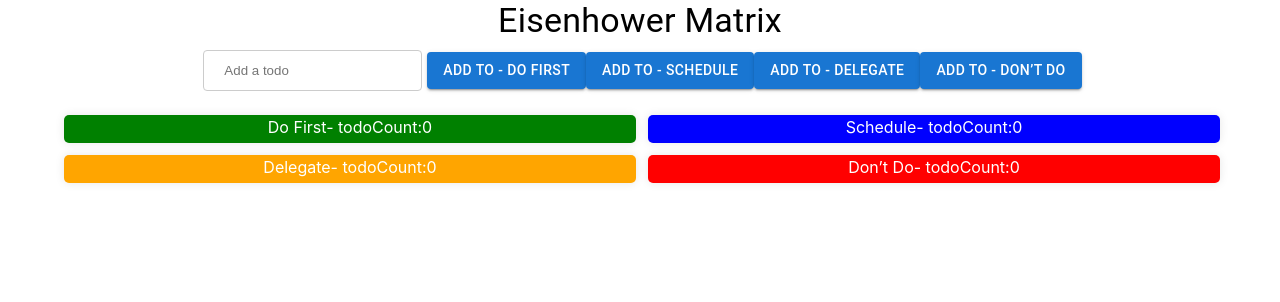
Repository: GokulDev4U/Krixi_react_assignment
Page: /
These files come from the project's save history. The page is drawn as it stood at one moment and after the next save; the edit follows.
The browser window is 1280 px wide. The pictures show the whole page.
The project was rebuilt for these pictures with package versions that can differ from the ones it lists, and the page was loaded fresh each time.

Above is the page before, as saved 2022-04-05 13:56:45.

After the next save:
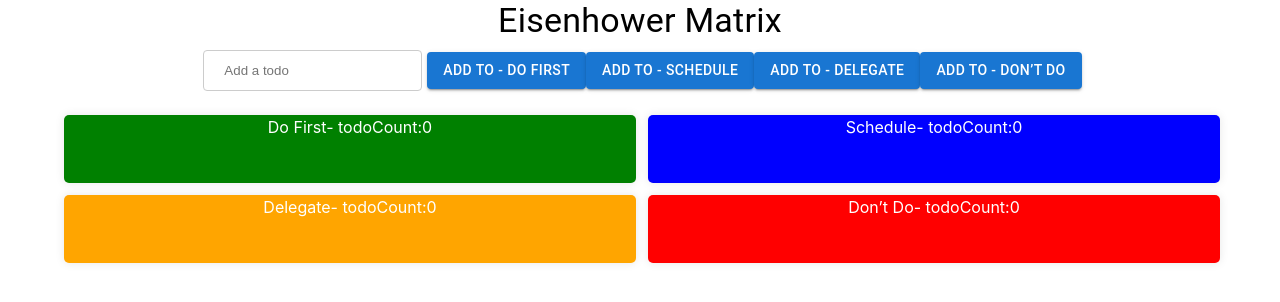
Saved 4 s later.
--- a/src/Components/card/Card.css
+++ b/src/Components/card/Card.css
@@ -18,6 +18,6 @@
       height: 100%;
       background-color: rgb(187, 231, 202);
       border-radius: 5px;
-      margin: 5px opx;
+      margin: 5px 0px;
       /* border: 1px solid black; */
  }
